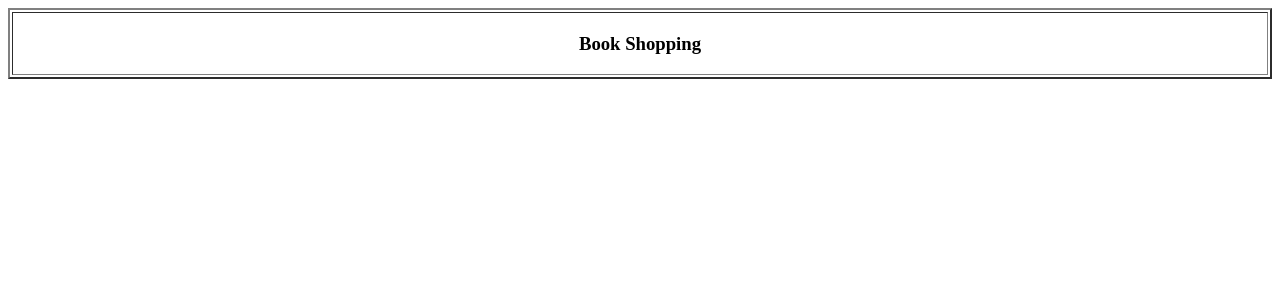
Repository: SomasundaramPappannan/New
Page: http://localhost/bookstore-ws/Header.jsp
An editor plug-in stored every save of this project. The page is shown before and after the next save, followed by the edit.
The browser window is 1280 px wide. The pictures show the whole page.
The page is served by Tomcat 9. Other server files are loaded and not shown.

Above is the page before, as saved 2017-08-24 12:43:25.

### bookstore-ws/WebContent/Header.jsp
<%@ page language="java" contentType="text/html; charset=ISO-8859-1"
    pageEncoding="ISO-8859-1"%>
<!DOCTYPE html PUBLIC "-//W3C//DTD HTML 4.01 Transitional//EN" "http://www.w3.org/TR/html4/loose.dtd">
<html>
<head>
<meta http-equiv="Content-Type" content="text/html; charset=ISO-8859-1">
<title>Insert title here</title>
</head>
<body>

<table border="2" width="100%" height="100%">

	<tr>
		<td><h3><center>Book Shopping </center></h3></td>
	</tr>


</table>


</body>
</html>

After the next save:
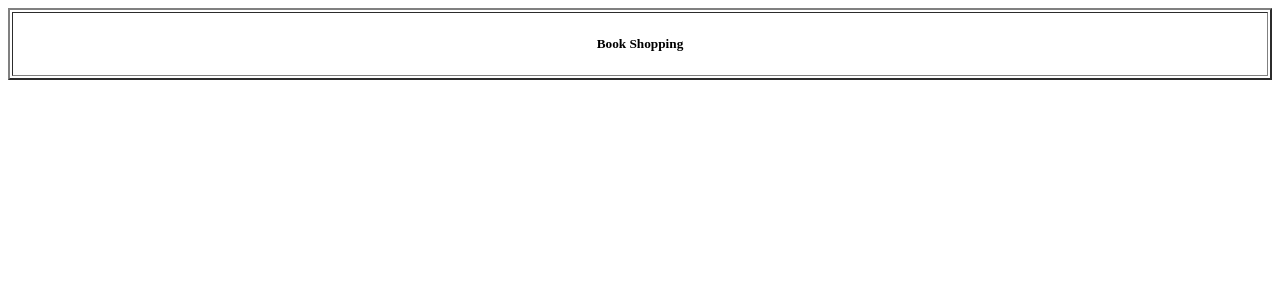
Saved 20 s later.
--- a/bookstore-ws/WebContent/Header.jsp
+++ b/bookstore-ws/WebContent/Header.jsp
@@ -11,7 +11,7 @@
 <table border="2" width="100%" height="100%">
 
 	<tr>
-		<td><h3><center>Book Shopping </center></h3></td>
+		<td><h5><center>Book Shopping </center></h5></td>
 	</tr>
 
 
